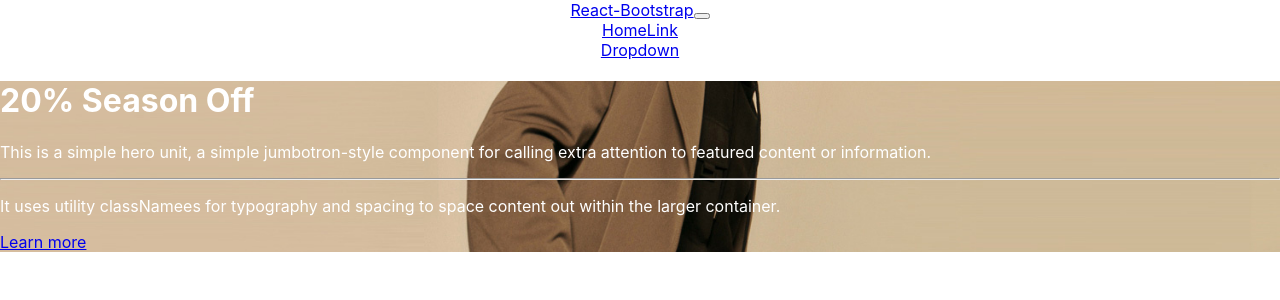
Repository: eunsuneun/react-shop
Page: /
An editor plug-in stored every save of this project. The page is shown before and after the next save, followed by the edit.
The browser window is 1280 px wide. The pictures show the whole page.
The project was rebuilt for these pictures with package versions that can differ from the ones it lists, and the page was loaded fresh each time.

Above is the page before, as saved 2021-08-25 20:20:26.

### src/App.js
import logo from './logo.svg';
import { Navbar, Container, Nav, NavDropdown } from 'react-bootstrap';

import './App.css';

function App() {
  return (
    <div className='App'>
      <Navbar bg='light' expand='lg'>
        <Container>
          <Navbar.Brand href='#home'>React-Bootstrap</Navbar.Brand>
          <Navbar.Toggle aria-controls='basic-navbar-nav' />
          <Navbar.Collapse id='basic-navbar-nav'>
            <Nav className='me-auto'>
              <Nav.Link href='#home'>Home</Nav.Link>
              <Nav.Link href='#link'>Link</Nav.Link>
              <NavDropdown title='Dropdown' id='basic-nav-dropdown'>
                <NavDropdown.Item href='#action/3.1'>Action</NavDropdown.Item>
                <NavDropdown.Item href='#action/3.2'>
                  Another action
                </NavDropdown.Item>
                <NavDropdown.Item href='#action/3.3'>
                  Something
                </NavDropdown.Item>
                <NavDropdown.Divider />
                <NavDropdown.Item href='#action/3.4'>
                  Separated link
                </NavDropdown.Item>
              </NavDropdown>
            </Nav>
          </Navbar.Collapse>
        </Container>
      </Navbar>
      <div className='jumbotron visual'>
        <h1 className='display-4'>20% Season Off</h1>
        <p className='lead'>
          This is a simple hero unit, a simple jumbotron-style component for
          calling extra attention to featured content or information.
        </p>
        <hr className='my-4' />
        <p>
          It uses utility classNamees for typography and spacing to space
          content out within the larger container.
        </p>
        <a className='btn btn-light btn-lg' href='#' role='button'>
          Learn more
        </a>
      </div>
    </div>
  );
}

export default App;

### src/App.css
.App {
  text-align: center;
}

.App-logo {
  height: 40vmin;
  pointer-events: none;
}

@media (prefers-reduced-motion: no-preference) {
  .App-logo {
    animation: App-logo-spin infinite 20s linear;
  }
}

.App-header {
  background-color: #282c34;
  min-height: 100vh;
  display: flex;
  flex-direction: column;
  align-items: center;
  justify-content: center;
  font-size: calc(10px + 2vmin);
  color: white;
}

.App-link {
  color: #61dafb;
}

@keyframes App-logo-spin {
  from {
    transform: rotate(0deg);
  }
  to {
    transform: rotate(360deg);
  }
}

.visual {
  background: url(./img/visual.jpg) no-repeat center / cover;
  text-align: left;
  color: #fff;
}

Loaded but not shown: src/index.js (common file); src/index.css (common file); src/reportWebVitals.js (common file)

After the next save:
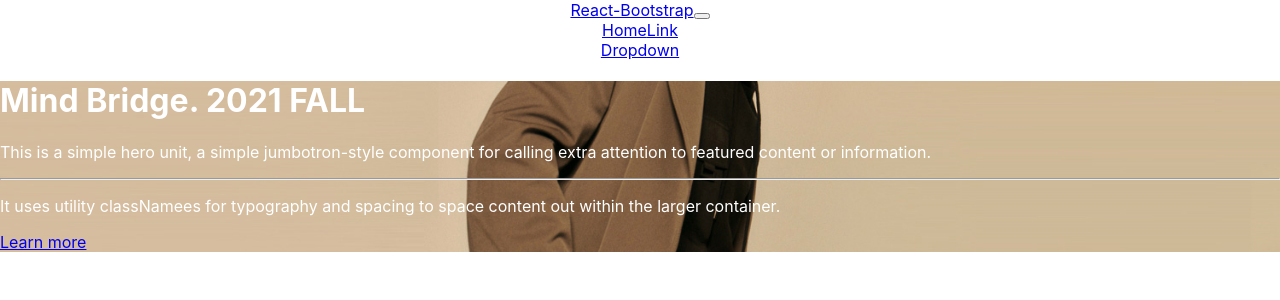
Saved 36 s later.
--- a/src/App.js
+++ b/src/App.js
@@ -32,7 +32,7 @@ function App() {
         </Container>
       </Navbar>
       <div className='jumbotron visual'>
-        <h1 className='display-4'>20% Season Off</h1>
+        <h1 className='display-4'>Mind Bridge. 2021 FALL</h1>
         <p className='lead'>
           This is a simple hero unit, a simple jumbotron-style component for
           calling extra attention to featured content or information.
